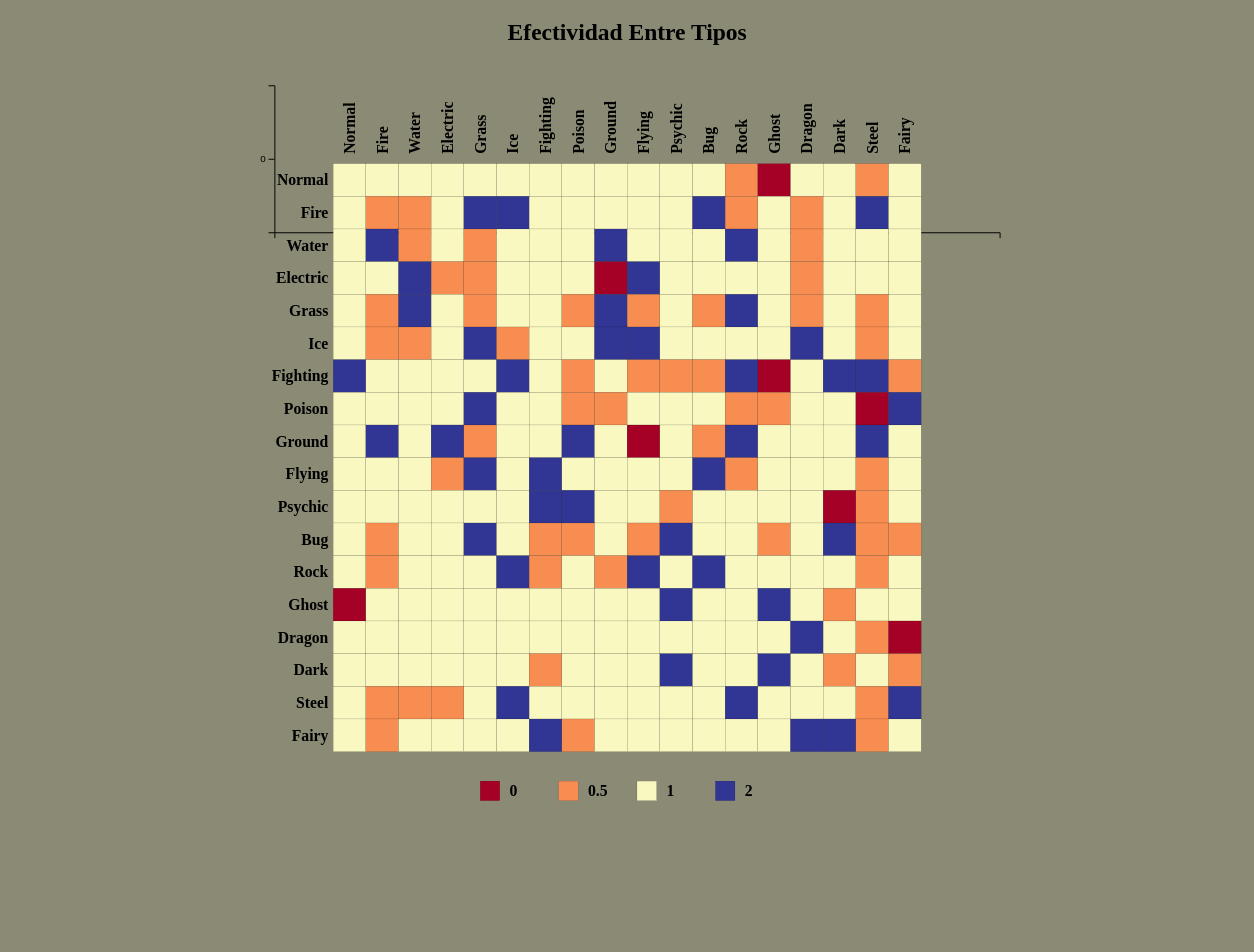
Repository: Cartterr/Proyecto-VisInfo
Page: Propuesta3_Mapa_Calor.html
An editor plug-in stored every save of this project. The page is shown before and after the next save, followed by the edit.
The browser window is 1280 px wide. The pictures show the whole page, at 98% of full size.

Above is the page before, as saved 2023-06-27 22:56:15.

### Propuesta3_Mapa_Calor.html
<!DOCTYPE html>
<html lang="en">
    <head>
        <meta charset="UTF-8">
        <meta content="IE=edge">
        <meta name="viewport" content="width=device-width, initial-scale=1.0">
        <link rel="stylesheet" href="Propuesta3_Mapa_Calor.css">
        <script src="https://d3js.org/d3.v7.min.js"></script>
        <title>Typing Chart</title>

    </head>
    <body>
        <div class="row">
            <div class="columns">
                <h2>Efectividad Entre Tipos</h2>
                <svg id="chart"></svg>
                <div id="histogram"></div>
            </div>
        </div>
        <script src="Propuesta3_Mapa_Calor.js"></script>
    </body>
</html>

### Propuesta3_Mapa_Calor.css
body {
    margin: 0 auto;
    background-color: #8a8a75;
    max-width: 80%;
    min-width: 500px;
    text-align: center;
}

.response {
    text-align: start;
    border: solid gray 2px;
    padding: 10px;
    margin: 10px;
}

.row-label {
    font-weight: bold;
}

.column-label {
    font-weight: bold;
    text-align: left;
}

### Propuesta3_Mapa_Calor.js
var svgWidth = 800;
var svgHeight = 900;
var chartWidth = 600;
var chartHeight = 600;
var cellPadding = 5;
var columnLabelPadding = 10;

var histogramMargin = { top: 20, right: 20, bottom: 30, left: 40 };
var histogramWidth = svgWidth - histogramMargin.left - histogramMargin.right;
var histogramHeight = 200 - histogramMargin.top - histogramMargin.bottom;

var x = d3.scaleLinear().range([0, histogramWidth]);
var y = d3.scaleLinear().range([histogramHeight, 0]);
var histogramSvg = d3.select("#chart").append("svg")
  .attr("width", histogramWidth + histogramMargin.left + histogramMargin.right)
  .attr("height", histogramHeight + histogramMargin.top + histogramMargin.bottom)
  .append("g")
  .attr("transform", "translate(" + histogramMargin.left + "," + histogramMargin.top + ")");


d3.csv("typing_chart.csv").then(function(data) {
     var types = data.columns.slice(1);
     var rows = data.map(function(d) { return d.Types; });

     var colorScale = d3.scaleSequential(d3.interpolateRdYlBu)
                         .domain([0, 2]);

     var svg = d3.select("#chart")
               .attr("width", svgWidth)
               .attr("height", svgHeight);

     var chartX = (svgWidth - chartWidth) / 2;
     var chartY = (svgHeight - chartHeight - 100) / 2; // Reducir 100 para dejar espacio para la leyenda

     var chartGroup = svg.append("g")
                         .attr("transform", "translate(" + chartX + "," + chartY + ")");

     var cells = chartGroup.selectAll("g")
                         .data(data)
                         .enter()
                         .append("g")
                         .attr("transform", function(d, i) { return "translate(0," + i * (chartHeight / rows.length) + ")"; });

     cells.selectAll("rect")
          .data(function(d) { return types.map(function(type) { return { type: type, value: +d[type] }; }); })
          .enter()
          .append("rect")
          .attr("x", function(d, i) { return i * (chartWidth / types.length); })
          .attr("width", chartWidth / types.length)
          .attr("height", chartHeight / rows.length)
          .style("stroke", "black")
          .style("stroke-width", "0.1")
          .style("fill", function(d) { return colorScale(d.value); });

     // Agrega etiquetas de texto sobre las celdas
     // cells.selectAll("text")
     //      .data(function(d) { return types.map(function(type) { return { type: type, value: +d[type] }; }); })
     //      .enter()
     //      .append("text")
     //      .attr("x", function(d, i) { return (i + 0.5) * (chartWidth / types.length); })
     //      .attr("y", (chartHeight / rows.length) / 2)
     //      .attr("text-anchor", "middle")
     //      .attr("dominant-baseline", "middle")
     //      .attr("dy", "0.35em") // Ajusta la posición vertical del texto
     //      .text(function(d) { return d.value; });

     function updateHistogram(data, colorScale) {
          x.domain([d3.min(data, function(d) { return +d.Total; }), d3.max(data, function(d) { return +d.Total; })]);
          var bins = d3.histogram().domain(x.domain()).thresholds(x.ticks(20))(data.map(function(d) { return +d.Total; }));
          y.domain([0, d3.max(bins, function(d) { return d.length; })]);

          var bar = histogramSvg.selectAll(".bar").data(bins);

          bar.exit().remove();

          bar.enter().append("g").attr("class", "bar")
          .merge(bar)
          .attr("transform", function(d) { return "translate(" + x(d.x0) + "," + y(d.length) + ")"; })
          .selectAll("rect")
          .data(function(d) { return [d]; })
          .enter().append("rect")
          .attr("x", 1)
          .attr("width", function(d) { return x(d.x1) - x(d.x0) - 1; })
          .attr("height", function(d) { return histogramHeight - y(d.length); })
          .style("fill", "steelblue"); // uniform color for all bars

          // Add the x Axis
          histogramSvg.append("g")
               .attr("transform", "translate(0," + histogramHeight + ")")
               .call(d3.axisBottom(x));

          // Add the y Axis
          histogramSvg.append("g")
               .call(d3.axisLeft(y));
     }

     function updateHeatmap(data) {
          chartGroup.selectAll("g").remove(); // remove all existing cells

          var cells = chartGroup.selectAll("g")
              .data(data)
              .enter()
              .append("g")
              .attr("transform", function(d, i) { return "translate(0," + i * (chartHeight / rows.length) + ")"; });

          cells.selectAll("rect")
              .data(function(d) { return types.map(function(type) { return { type: type, value: +d[type] }; }); })
              .enter()
              .append("rect")
              .attr("x", function(d, i) { return i * (chartWidth / types.length); })
              .attr("width", chartWidth / types.length)
              .attr("height", chartHeight / rows.length)
              .style("stroke", "black")
              .style("stroke-width", "0.1")
              .style("fill", function(d) { return colorScale(d.value); });
      }




     function brushed() {
          var s = d3.event.selection,
            range = s.map(x.invert);
          var filteredData = data.filter(function(d) { return +d.Total >= range[0] && +d.Total <= range[1]; });
          updateHeatmap(filteredData);
          updateHistogram(filteredData);
     }


     chartGroup.selectAll(".row-label")
               .data(rows)
               .enter()
               .append("text")
               .attr("class", "row-label")
               .attr("x", -cellPadding)
               .attr("y", function(d, i) { return (i + 0.5) * (chartHeight / rows.length); })
               .attr("text-anchor", "end")
               .attr("dominant-baseline", "auto")
               .attr("dy", "0.35em")
               .text(function(d) { return d; });

     chartGroup.selectAll(".column-label")
               .data(types)
               .enter()
               .append("text")
               .attr("class", "column-label")
               .attr("x", function(d, i) { return (i + 0.5) * (chartWidth / types.length); })
               .attr("y", -columnLabelPadding)
               .attr("text-anchor", "start")
               .attr("dominant-baseline", "auto")
               .attr("dy", "0.35em")
               .attr("transform", function(d, i) { return "rotate(-90," + ((i + 0.5) * (chartWidth / types.length)) + "," + (-columnLabelPadding) + ")"; })
               .text(function(d) { return d; });

     // Agregar leyenda
     var legendX = chartX + chartWidth / 4;
     var legendY = chartY + chartHeight + 30; // Ajustar posición vertical de la leyenda

     var legend = svg.append("g")
                    .attr("class", "legend")
                    .attr("transform", "translate(" + legendX + "," + legendY + ")");

     var legendItems = legend.selectAll(".legend-item")
                              .data([0, 0.5, 1, 2])
                              .enter()
                              .append("g")
                              .attr("class", "legend-item")
                              .attr("transform", function(d, i) { return "translate(" + i * 80 + ", 0)"; });

     legendItems.append("rect")
               .attr("width", 20)
               .attr("height", 20)
               .style("stroke", "black")
               .style("stroke-width", "0.1")
               .attr("fill", function(d) { return colorScale(d); });

     histogramSvg.append("g")
               .attr("class", "brush")
               .call(d3.brushX()
               .extent([[0, 0], [histogramWidth, histogramHeight]])
               .on("end", brushed));

     legendItems.append("text")
               .attr("x", 30)
               .attr("y", 15)
               .attr("class", "row-label")
               .attr("text-anchor", "start")
               .attr("dominant-baseline", "auto")
               .text(function(d) { return d; });

     updateHistogram(data);
});

After the next save:
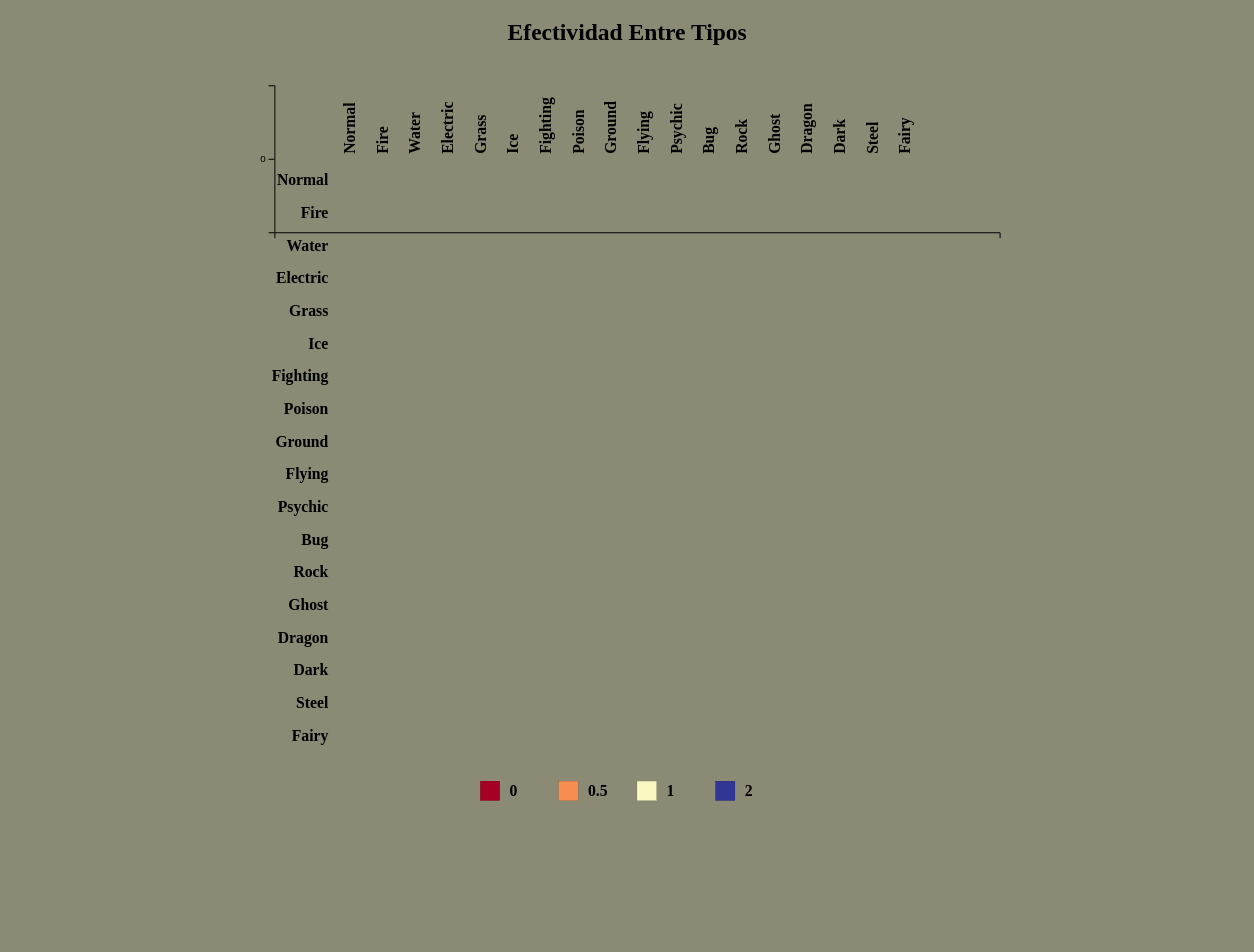
Saved 30 s later.
--- a/Propuesta3_Mapa_Calor.js
+++ b/Propuesta3_Mapa_Calor.js
@@ -41,16 +41,7 @@
                          .append("g")
                          .attr("transform", function(d, i) { return "translate(0," + i * (chartHeight / rows.length) + ")"; });
 
-     cells.selectAll("rect")
-          .data(function(d) { return types.map(function(type) { return { type: type, value: +d[type] }; }); })
-          .enter()
-          .append("rect")
-          .attr("x", function(d, i) { return i * (chartWidth / types.length); })
-          .attr("width", chartWidth / types.length)
-          .attr("height", chartHeight / rows.length)
-          .style("stroke", "black")
-          .style("stroke-width", "0.1")
-          .style("fill", function(d) { return colorScale(d.value); });
+
 
      // Agrega etiquetas de texto sobre las celdas
      // cells.selectAll("text")

After the save that followed:
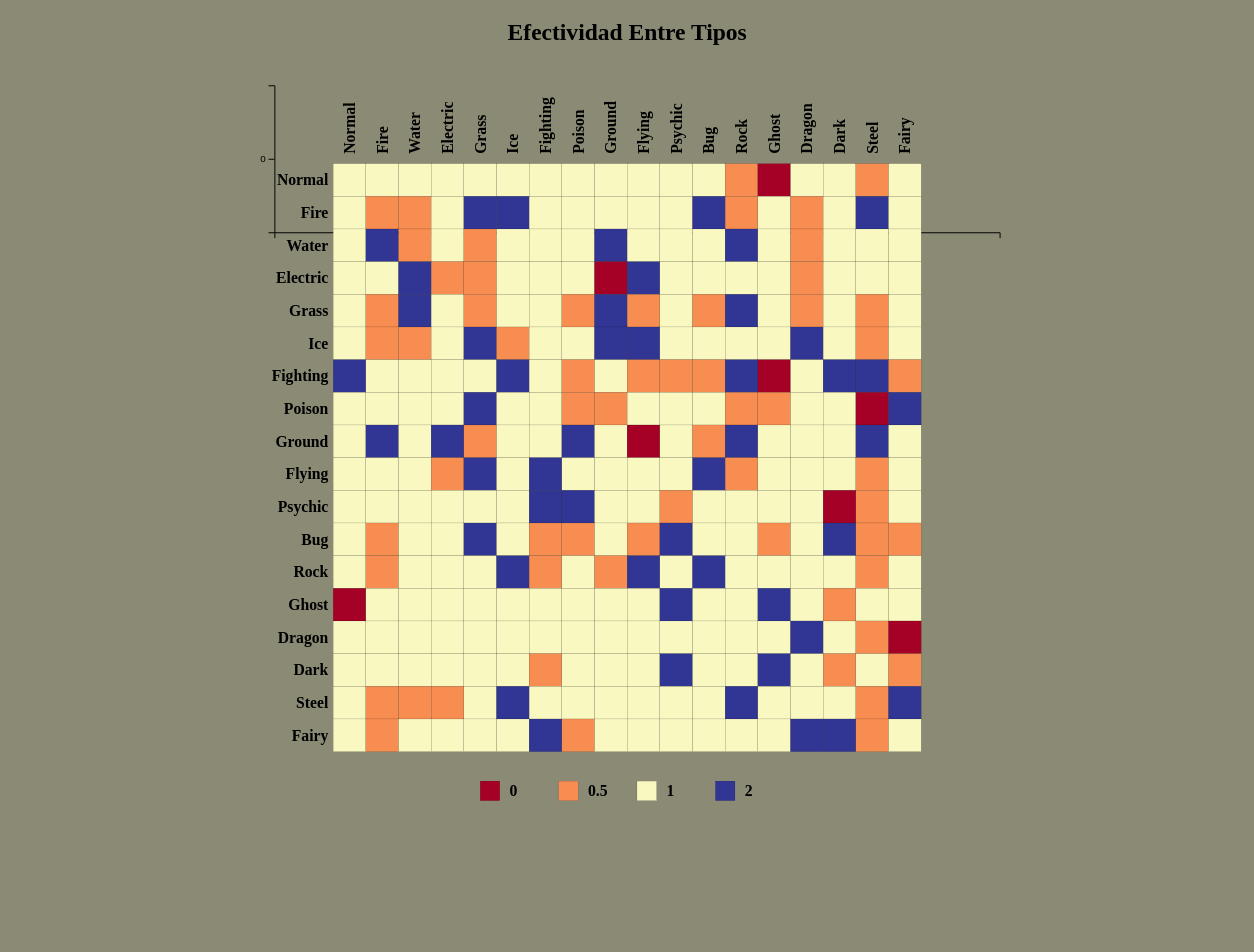
Saved 4 s later.
--- a/Propuesta3_Mapa_Calor.js
+++ b/Propuesta3_Mapa_Calor.js
@@ -41,7 +41,16 @@
                          .append("g")
                          .attr("transform", function(d, i) { return "translate(0," + i * (chartHeight / rows.length) + ")"; });
 
-
+     cells.selectAll("rect")
+          .data(function(d) { return types.map(function(type) { return { type: type, value: +d[type] }; }); })
+          .enter()
+          .append("rect")
+          .attr("x", function(d, i) { return i * (chartWidth / types.length); })
+          .attr("width", chartWidth / types.length)
+          .attr("height", chartHeight / rows.length)
+          .style("stroke", "black")
+          .style("stroke-width", "0.1")
+          .style("fill", function(d) { return colorScale(d.value); });
 
      // Agrega etiquetas de texto sobre las celdas
      // cells.selectAll("text")
